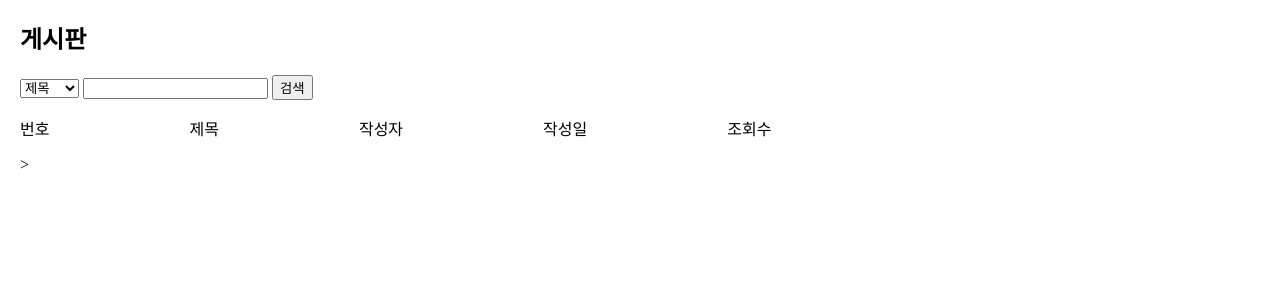
Repository: anydevil0812/board_subject
Page: http://localhost/board/main.jsp
An editor plug-in stored every save of this project. The page is shown before and after the next save, followed by the edit.
The browser window is 1280 px wide. The pictures show the whole page.
The page is served by Tomcat 9.

Above is the page before, as saved 2024-10-25 04:33:51.

After the next save:
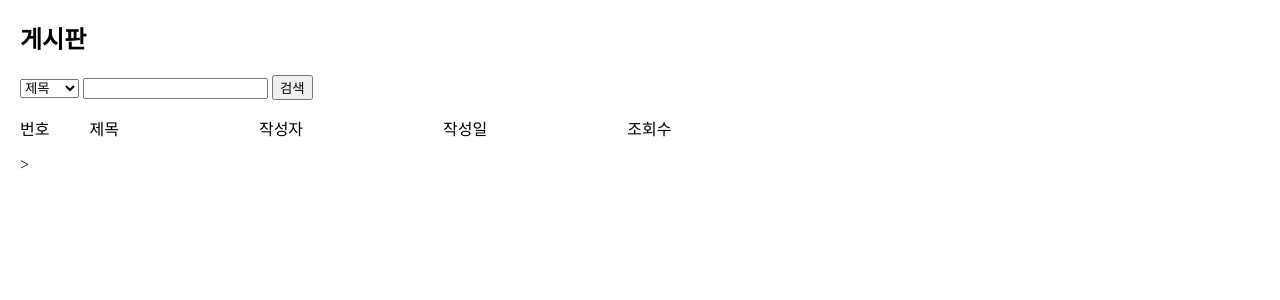
Saved 15 s later.
--- a/board/src/main/webapp/css/1.css
+++ b/board/src/main/webapp/css/1.css
@@ -22,7 +22,7 @@ body {
 }
 
 #number {
-
+	margin-right: 40px;
 }
 
 .post-title {
